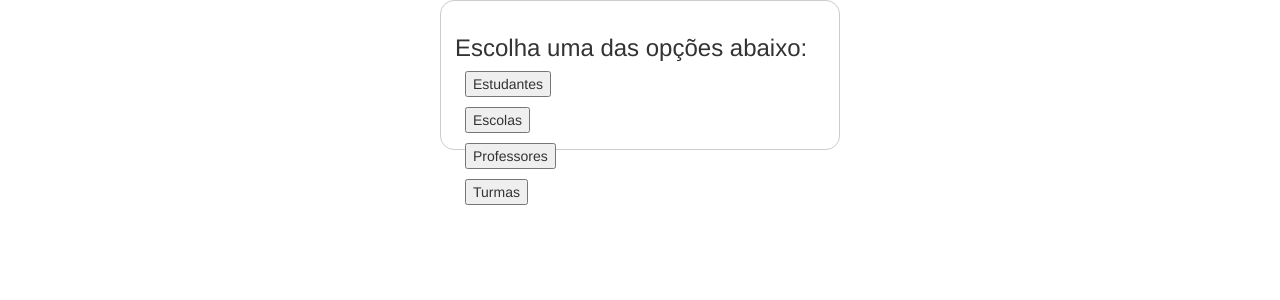
Repository: ipti/br.tag.webservice
Page: http://localhost/Restful-API-TAG/
An editor plug-in stored every save of this project. The page is shown before and after the next save, followed by the edit.
The browser window is 1280 px wide. The pictures show the whole page.
The page is served by Tomcat 9.

Above is the page before, as saved 2016-04-27 13:09:12.

After the next save:
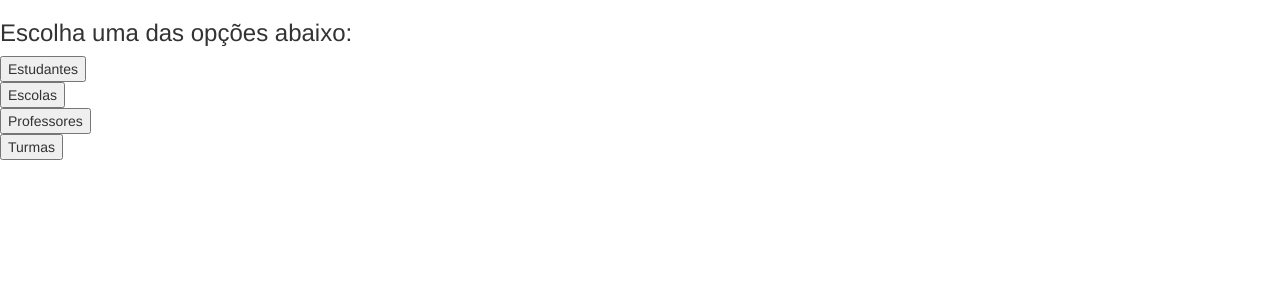
Saved 11 s later.
--- a/Restful-API-TAG/WebContent/index.jsp
+++ b/Restful-API-TAG/WebContent/index.jsp
@@ -3,7 +3,6 @@
 <!DOCTYPE html PUBLIC "-//W3C//DTD HTML 4.01 Transitional//EN" "http://www.w3.org/TR/html4/loose.dtd">
 <html>
 <head>
-<link rel="stylesheet" href="css/styles.css">
 <link href="css/bootstrap.min.css" rel="stylesheet">
 <meta http-equiv="Content-Type" content="text/html; charset=ISO-8859-1">
 <title>API TAG</title>

After the save that followed:
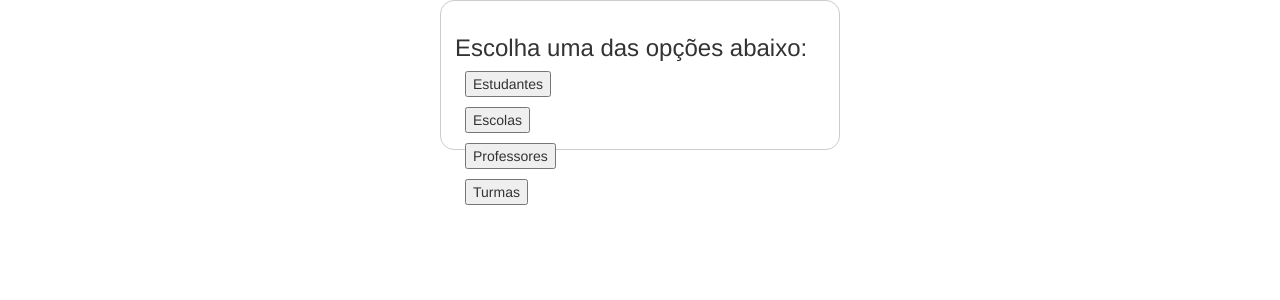
Saved 31 s later.
--- a/Restful-API-TAG/WebContent/index.jsp
+++ b/Restful-API-TAG/WebContent/index.jsp
@@ -3,6 +3,7 @@
 <!DOCTYPE html PUBLIC "-//W3C//DTD HTML 4.01 Transitional//EN" "http://www.w3.org/TR/html4/loose.dtd">
 <html>
 <head>
+<link rel="stylesheet" href="css/styles.css">
 <link href="css/bootstrap.min.css" rel="stylesheet">
 <meta http-equiv="Content-Type" content="text/html; charset=ISO-8859-1">
 <title>API TAG</title>
